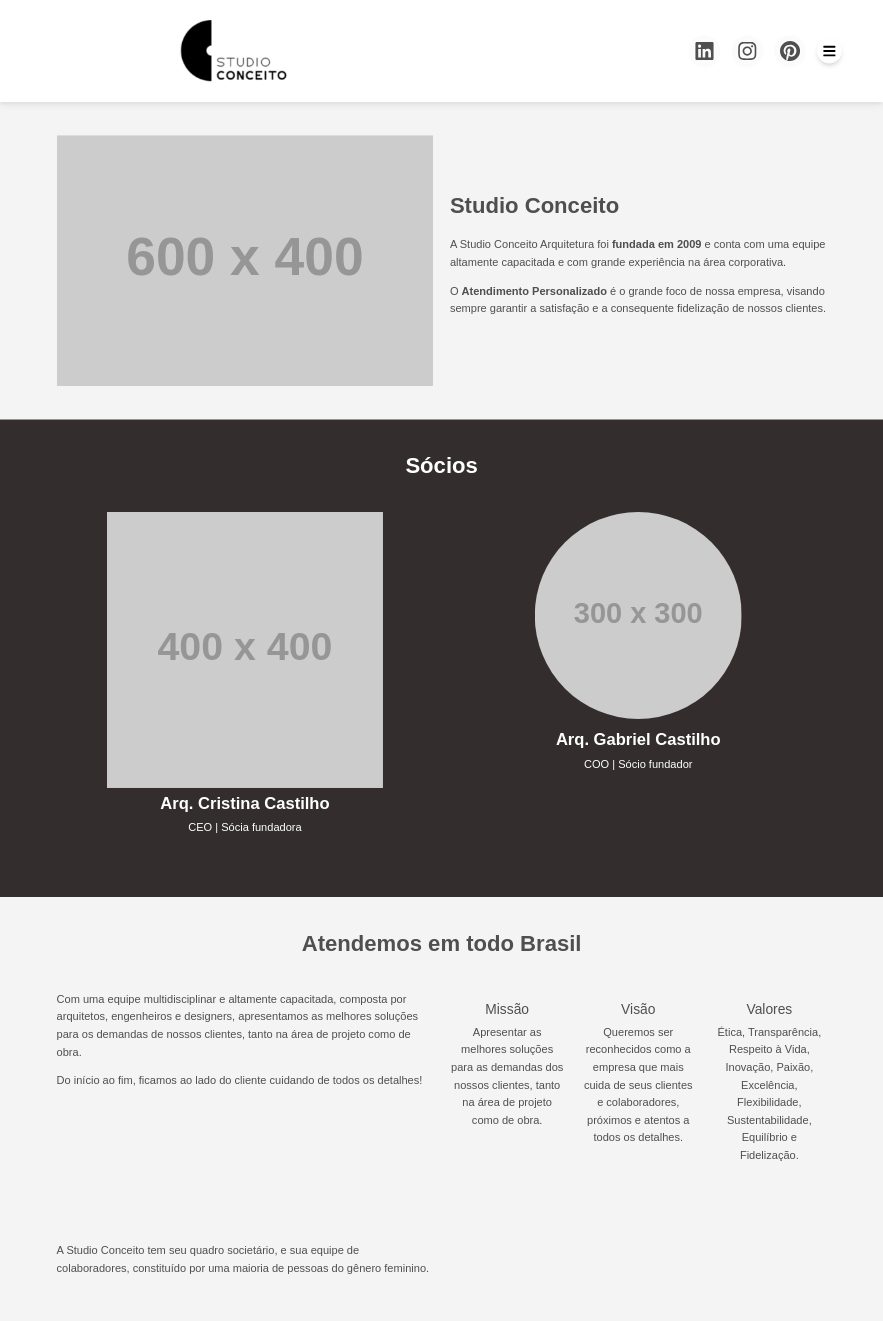
Repository: Upstairs-Agencia/studio-conceito-react
Page: /quem-somos
An editor plug-in stored every save of this project. The page is shown before and after the next save, followed by the edit.
The browser window is 1280 px wide. The pictures show the whole page, at 69% of full size.
The project was rebuilt for these pictures with package versions that can differ from the ones it lists, and the page was loaded fresh each time. Also part of the build but not shown: src/pages/Home.js, src/styles/footer.css, src/components/footer.js, src/pages/Servicos.js, src/pages/Cases.js, src/pages/Blog.js, src/pages/Clientes.js, src/pages/Contato.js.

Above is the page before, as saved 2024-12-29 03:31:36.

After the next save:
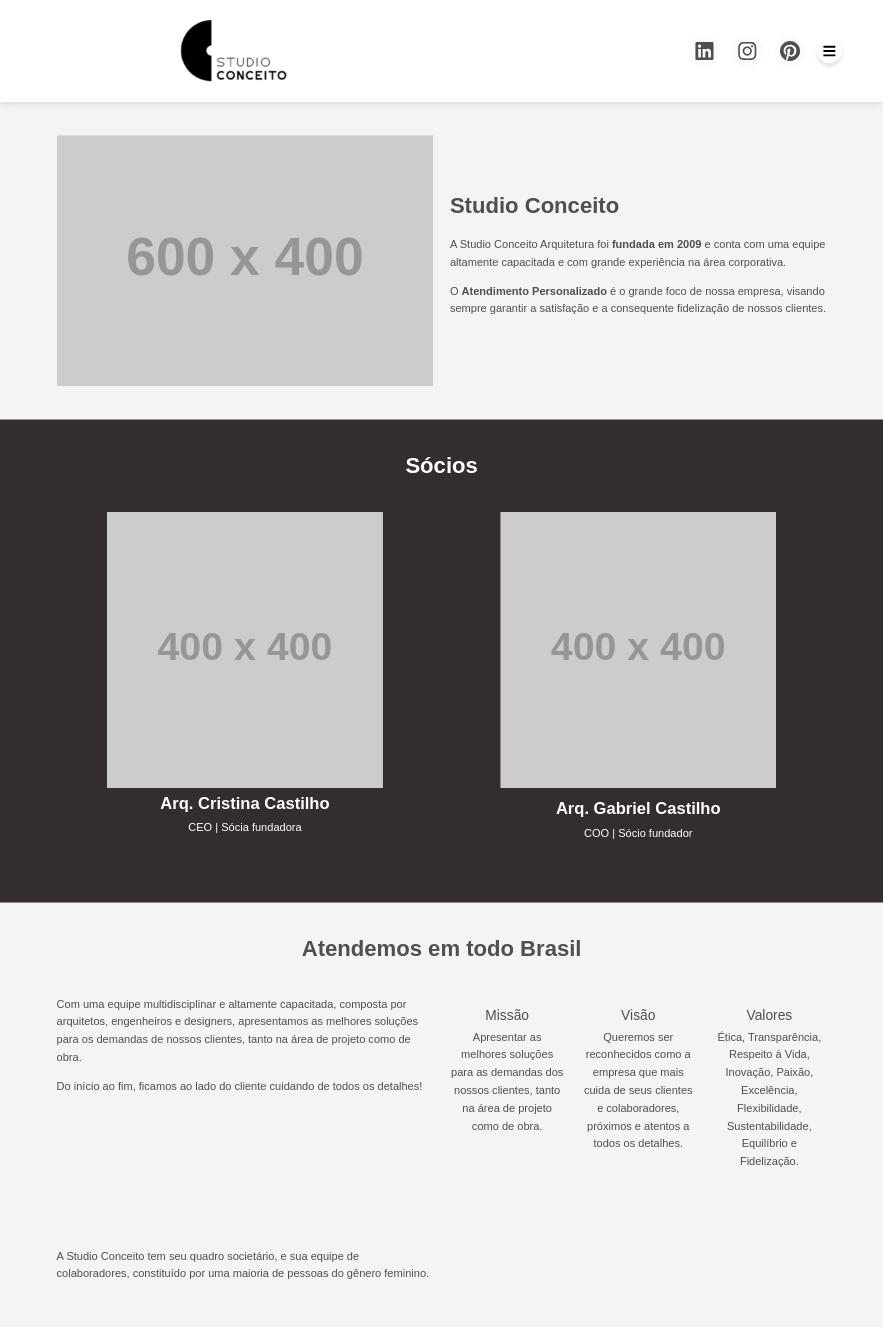
Saved 12 s later.
--- a/src/pages/QuemSomos.js
+++ b/src/pages/QuemSomos.js
@@ -59,9 +59,9 @@ export default function QuemSomos(){
                         <MDBCol md='6' className='mb-4'>
                             <div className='team-member'>
                                 <img
-                                    src='https://via.placeholder.com/300x300'
+                                    src='https://via.placeholder.com/400x400'
                                     alt='Arq. Gabriel Castilho'
-                                    className='img-fluid rounded-circle mb-3' />
+                                    className='img-fluid mb-3' />
                                 <h4 className='fw-bold'>Arq. Gabriel Castilho</h4>
                                 <p>COO | Sócio fundador</p>
                                 <a href='#' className='text-white'>
